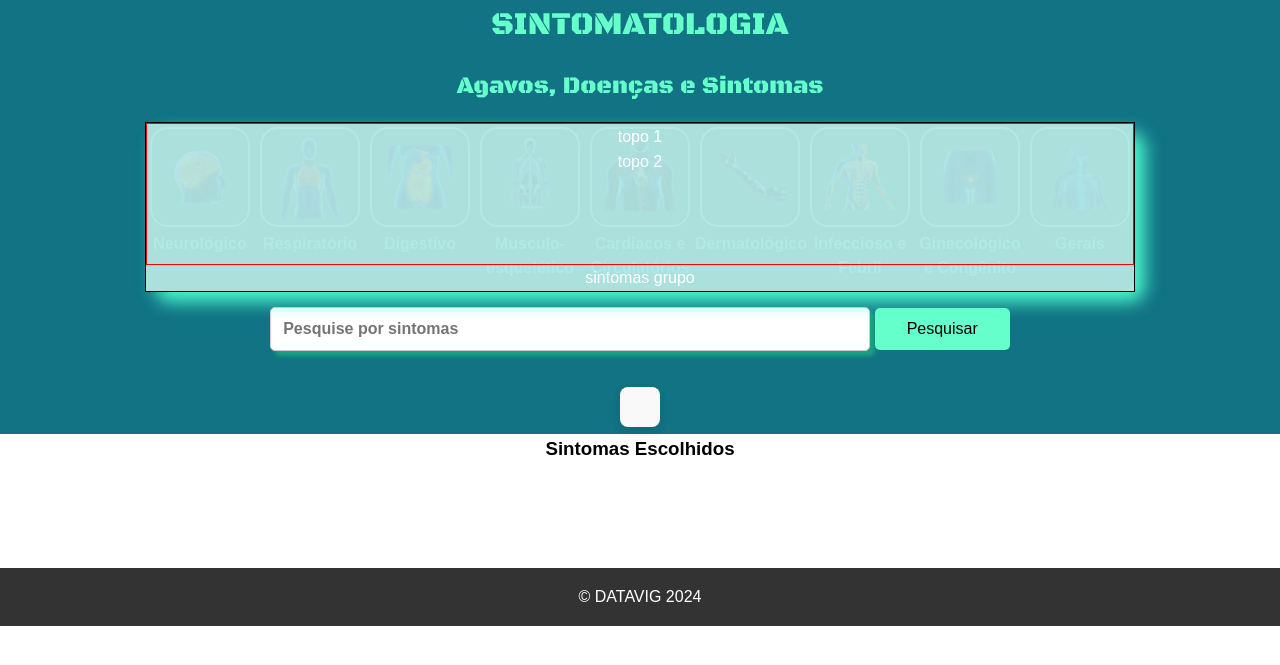
Repository: br-on/vigia
Page: index.html
An editor plug-in stored every save of this project. The page is shown before and after the next save, followed by the edit.
The browser window is 1280 px wide. The pictures show the whole page.
Some web fonts or font styles are not loaded; a fallback is used.

Above is the page before, as saved 2024-09-16 19:43:11.

After the next save:
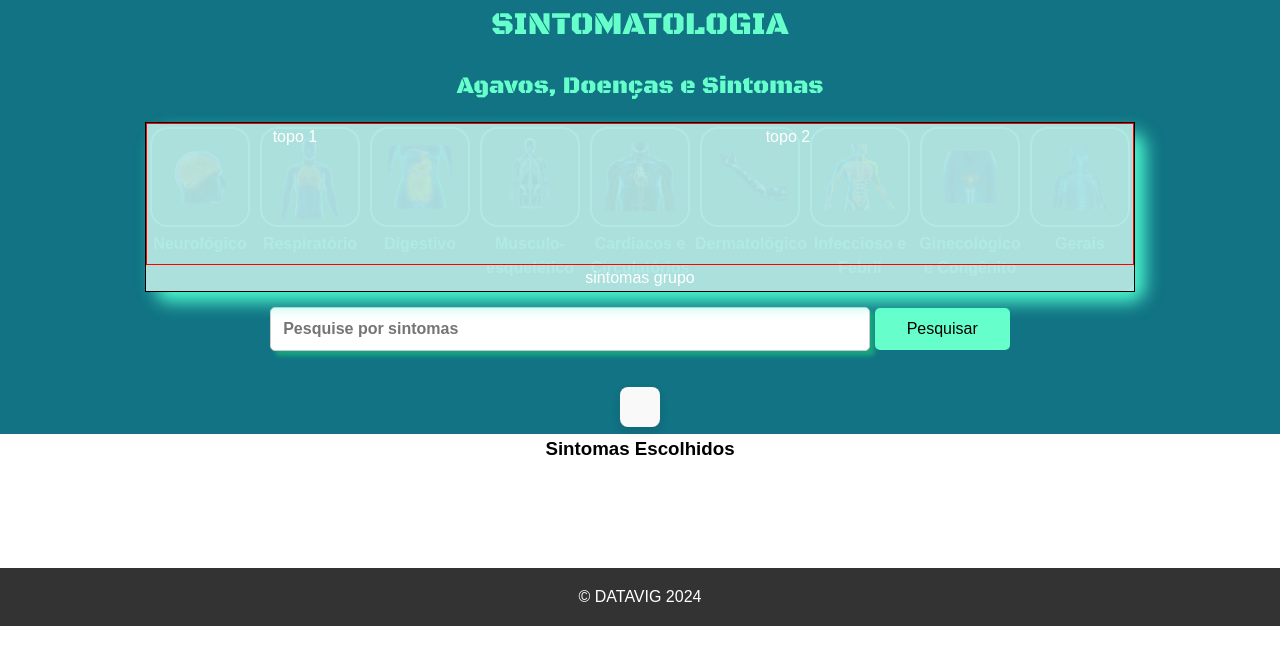
Saved 31 s later.
--- a/assets/style/style.css
+++ b/assets/style/style.css
@@ -360,13 +360,14 @@ footer {
 .top-overlay-div {
     height: 160px;
     border: solid 1px red;
+    display: flex;
 }
 
 .top-overlay-div .top-1 {
-
+    width:30%;
 }
 .top-overlay-div .top-2 {
-
+    width: 70%;
 }
 .sintomas-grupo {
 
